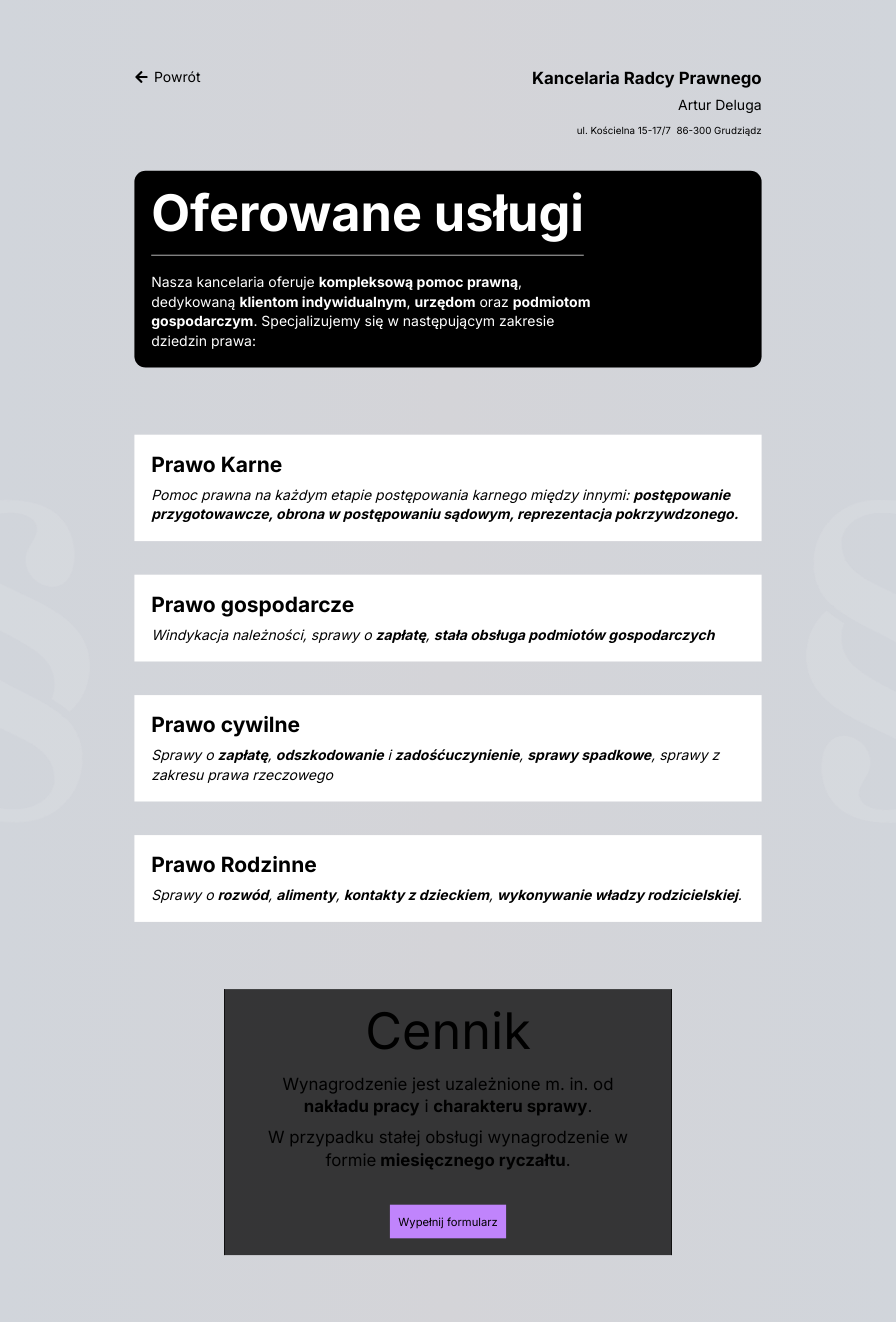
Repository: wesiudev/kancelaria-artur-deluga
Page: /oferta
The author's editor kept a copy of each file at every save. The page is drawn from the files as they stood at one save, then again after the next save.
The browser window is 1280 px wide. The pictures show the whole page, at 70% of full size.
The project was rebuilt for these pictures with package versions that can differ from the ones it lists, and the page was loaded fresh each time. The framework's server and built-in components were replaced by stand-ins that run in the browser. Also part of the build but not shown: next.config.js.

Above is the page before, as saved 2023-08-09 16:34:14.

### app/layout.tsx
import "./globals.css";
import type { Metadata } from "next";
import { Inter } from "next/font/google";

const inter = Inter({ subsets: ["latin"] });

export const metadata: Metadata = {
  title: "Kancelaria Radcy Prawnego Artur Deluga",
  description:
    "Kancelaria Radcy Prawnego Grudziądz Prawo Karne, Pracwo cywilne, Prawo gospodarcze, Prawo Rodzinne. ul. Kościelna 15-17/7 86-300 Grudziądz. Pomoc prawna na każdym etapie postępowania karnego (postępowanie przygotowawcze, obrona w postępowaniu sądowym, reprezentacja pokrzywdzonego, etc.)",
  viewport: "width=device-width, initial-scale=1",
  icons: {
    icon: "/favicon.png",
  },
};

export default function RootLayout({
  children,
}: {
  children: React.ReactNode;
}) {
  return (
    <html lang="pl" className="scroll-smooth ">
      <body className={inter.className}>{children}</body>
    </html>
  );
}

### app/oferta/page.tsx
"use client";
import Image from "next/image";
import paragraphImage from "@/app/assets/paragraph.png";
import Link from "next/link";
import { FaArrowLeft } from "react-icons/fa";
import { useState } from "react";
const sendContactForm = async (data: any) =>
  fetch("/api/mail", {
    method: "POST",
    body: JSON.stringify(data),
    headers: { "Content-Type": "application/json", Accept: "application/json" },
  }).then((res) => {
    if (!res.ok) throw new Error("Failed to send message");
    return res.json();
  });

export default function OfferMobile() {
  const [isContactOpen, setContactOpen] = useState(false);
  const [firstName, setFirstName] = useState<string>("");
  const [email, setEmail] = useState<string>("");
  const [message, setMessage] = useState<string>("");

  const onSubmit = async () => {
    try {
      await sendContactForm({
        firstName: firstName,
        email: email,
        message: message,
      });
    } catch (error) {}
  };
  return (
    <div className="w-full mx-auto z-[2000] bg-gradient-to-r from-gray-300 via-zinc-300 to-gray-300 overflow-x-hidden text-black">
      <div className="flex flex-col space-x-[100px] min-h-screen items-center py-24">
        <div className="flex flex-col w-[85vw] lg:w-[70vw] 2xl:w-[60vw] min-h-screen justify-center ">
          <Image
            src={paragraphImage}
            alt="Paragraf obrazek w tle"
            width={224}
            height={224}
            className="fixed opacity-10 -left-24 "
          />
          <Image
            src={paragraphImage}
            alt="Paragraf obrazek w tle"
            width={224}
            height={224}
            className="fixed opacity-10 -right-24 rotate-180"
          />
          <div className="flex flex-col justify-between w-full">
            <div className="flex flex-row justify-between">
              <div className="w-1/2">
                <Link
                  className="group flex flex-row items-center mb-12 text-xl w-max"
                  href="/"
                >
                  <FaArrowLeft className="mr-2" />
                  <span className="hover:underline hover:underline-offset-4">
                    {" "}
                    Powrót
                  </span>
                </Link>
              </div>
              <div>
                <h1 className="text-xl lg:text-2xl text-right sm:text-left font-bold">
                  Kancelaria Radcy Prawnego
                </h1>
                <div className="w-full flex justify-end">
                  <h2 className="text-xl mb-12 lg:mb-0 mt-2">Artur Deluga</h2>
                </div>
                <div
                  className={` flex-row space-x-2 text-sm justify-end mt-3 mb-12 hidden lg:flex`}
                >
                  <div>ul. Kościelna 15-17/7</div>
                  <div>86-300 Grudziądz</div>
                </div>
              </div>
            </div>

            <div className="p-6 rounded-2xl bg-black text-white">
              <div className="w-max">
                <h1 className="w-max text-4xl md:text-5xl lg:text-7xl  font-bold">
                  Oferowane usługi
                </h1>
                <div className="h-px w-full my-6 bg-white" />
              </div>

              <h2 className="text-left text-xl w-full lg:w-3/4 ">
                Nasza kancelaria oferuje{" "}
                <span className="font-bold"> kompleksową pomoc prawną</span>,
                dedykowaną{" "}
                <span className="font-bold">klientom indywidualnym</span>,{" "}
                <span className="font-bold">urzędom</span> oraz{" "}
                <span className="font-bold">podmiotom gospodarczym</span>.
                Specjalizujemy się w następującym zakresie dziedzin prawa:
              </h2>
            </div>
          </div>
          <div className="relative text-black flex flex-col space-y-12 mt-24">
            <div className="max-h-[50vh] border-0 hover:scale-105 duration-300 hover:bg-opacity-100 cursor-default   bg-white  flex flex-col p-6 justify-between">
              <h1 className="text-xl lg:text-3xl font-bold">Prawo Karne</h1>
              <p className="text-sm sm:text-xl mt-3 italic">
                Pomoc prawna na każdym etapie postępowania karnego między
                innymi:{" "}
                <span className="font-bold">
                  postępowanie przygotowawcze, obrona w postępowaniu sądowym,
                  reprezentacja pokrzywdzonego.
                </span>
              </p>
            </div>
            <div className="max-h-[50vh] border-0 hover:scale-105 duration-300 hover:bg-opacity-100 cursor-default   bg-white  flex flex-col justify-between p-6">
              <h1 className="text-xl lg:text-3xl font-bold">
                Prawo gospodarcze
              </h1>
              <p className="text-sm sm:text-xl mt-3 italic">
                Windykacja należności, sprawy o{" "}
                <span className="font-bold">zapłatę</span>,{" "}
                <span className="font-bold">
                  stała obsługa podmiotów gospodarczych
                </span>
              </p>
            </div>

            <div className="max-h-[50vh] border-0 hover:scale-105 duration-300 hover:bg-opacity-100 cursor-default  bg-white  flex flex-col p-6 justify-between">
              <h1 className="text-xl lg:text-3xl font-bold">Prawo cywilne</h1>
              <p className="text-sm sm:text-xl mt-3 italic">
                Sprawy o <span className="font-bold">zapłatę</span>,{" "}
                <span className="font-bold">odszkodowanie</span> i{" "}
                <span className="font-bold">zadośćuczynienie</span>,{" "}
                <span className="font-bold">sprawy spadkowe</span>, sprawy z
                zakresu prawa rzeczowego
              </p>
            </div>
            <div className="max-h-[50vh] border-0 hover:scale-105 duration-300 hover:bg-opacity-100 cursor-default   bg-white  flex flex-col p-6 justify-between">
              <h1 className="text-xl lg:text-3xl font-bold">Prawo Rodzinne</h1>
              <p className="text-sm sm:text-xl mt-3 italic">
                Sprawy o <span className="font-bold">rozwód</span>,{" "}
                <span className="font-bold">alimenty</span>,{" "}
                <span className="font-bold">kontakty z dzieckiem</span>,{" "}
                <span className="font-bold">
                  wykonywanie władzy rodzicielskiej
                </span>
                .
              </p>
            </div>
          </div>
          <div className="flex flex-col h-max my-auto px-3 lg:px-12 border-l border-r border-black  text-center relative w-[85vw] mt-12 lg:w-[50vw] lg:mx-auto lg:mt-24 lg:bg-black lg:bg-opacity-75 lg:py-6">
            <h1 className="text-5xl lg:text-7xl ">Cennik</h1>
            <p className="mt-6 text-base lg:text-2xl">
              Wynagrodzenie jest uzależnione m. in. od{" "}
              <span className="font-bold"> nakładu pracy</span> i{" "}
              <span className="font-bold">charakteru sprawy</span>.
            </p>
            <p className="mt-3 text-sm lg:text-2xl">
              W przypadku stałej obsługi wynagrodzenie w formie
              <span className="font-bold"> miesięcznego ryczałtu</span>.
            </p>
            <button
              onClick={() => setContactOpen(true)}
              className=" p-3 bg-purple-400 hover:bg-purple-300 duration-300 text-black mt-12 w-max mx-auto"
            >
              Wypełnij formularz
            </button>
          </div>
          <div
            className={` flex-row space-x-2 text-sm justify-center mt-12 flex lg:hidden z-[1000]`}
          >
            <div>ul. Kościelna 15-17/7</div>
            <div>86-300 Grudziądz</div>
          </div>
        </div>
      </div>
      <div
        className={`w-[80vw] fixed left-[50%] -translate-x-[50%] top-[50%] -translate-y-[50%] bg-gradient-to-bl from-black to-zinc-800 lg:w-max h-max px-12 rounded-3xl py-6 duration-300 ${
          isContactOpen ? "z-[2000] opacity-100" : "z-[-1000] opacity-0"
        }`}
      >
        <h1 className="text-3xl text-center">Kontakt</h1>

        <div className="flex flex-col space-y-3 mt-6 lg:mt-12">
          <div className="flex flex-col lg:flex-row lg:space-x-3">
            <div className="flex flex-col">
              Imię{" "}
              <input
                onChange={(e) => setFirstName(e.target.value)}
                value={firstName}
                id="fName"
                type="text"
                className="mt-2 text-black"
              />
            </div>
            <div className="flex flex-col mt-3 lg:mt-0">
              Email{" "}
              <input
                onChange={(e) => setEmail(e.target.value)}
                value={email}
                type="text"
                className="mt-2 text-black"
              />
            </div>
          </div>
          <div className="flex flex-col mt-2">
            Treść{" "}
            <textarea
              onChange={(e) => setMessage(e.target.value)}
              value={message}
              className="h-full resize-none text-black"
            ></textarea>
          </div>
        </div>
        <div className="w-full flex space-x-3">
          <button
            onClick={() => setContactOpen(false)}
            className="w-1/2 hover:underline py-2 mt-8"
          >
            Powrót
          </button>
          <button
            onClick={onSubmit}
            className="w-1/2 bg-purple-400 hover:bg-purple-300 duration-300 py-2 mt-8"
          >
            Wyślij
          </button>
        </div>
      </div>
    </div>
  );
}

### app/globals.css
@tailwind base;
@tailwind components;
@tailwind utilities;

:root {
  --foreground-rgb: 0, 0, 0;
  --background-start-rgb: 214, 219, 220;
  --background-end-rgb: 255, 255, 255;
}

@media (prefers-color-scheme: dark) {
  :root {
    --foreground-rgb: 255, 255, 255;
    --background-start-rgb: 0, 0, 0;
    --background-end-rgb: 0, 0, 0;
  }
}

body {
  color: rgb(var(--foreground-rgb));
  background: linear-gradient(
      to bottom,
      transparent,
      rgb(var(--background-end-rgb))
    )
    rgb(var(--background-start-rgb));
}

.expand {
  position: relative;
  text-decoration: none;
  display: inline-block;
}
.expand:after {
  display: block;
  content: "";
  border-bottom: solid 3px white;
  transform: scaleX(0);
  transition: transform 250ms ease-in-out;
  transform-origin: 100% 50%;
}
.expand:hover:after {
  transform: scaleX(1);
  transform-origin: 0 50%;
}

.caps {
  font-variant: small-caps;
}
html {
  scroll-behavior: smooth;
  color: #1a1a1a;
}

Loaded but not shown: tailwind.config.js (common file)

After the next save:
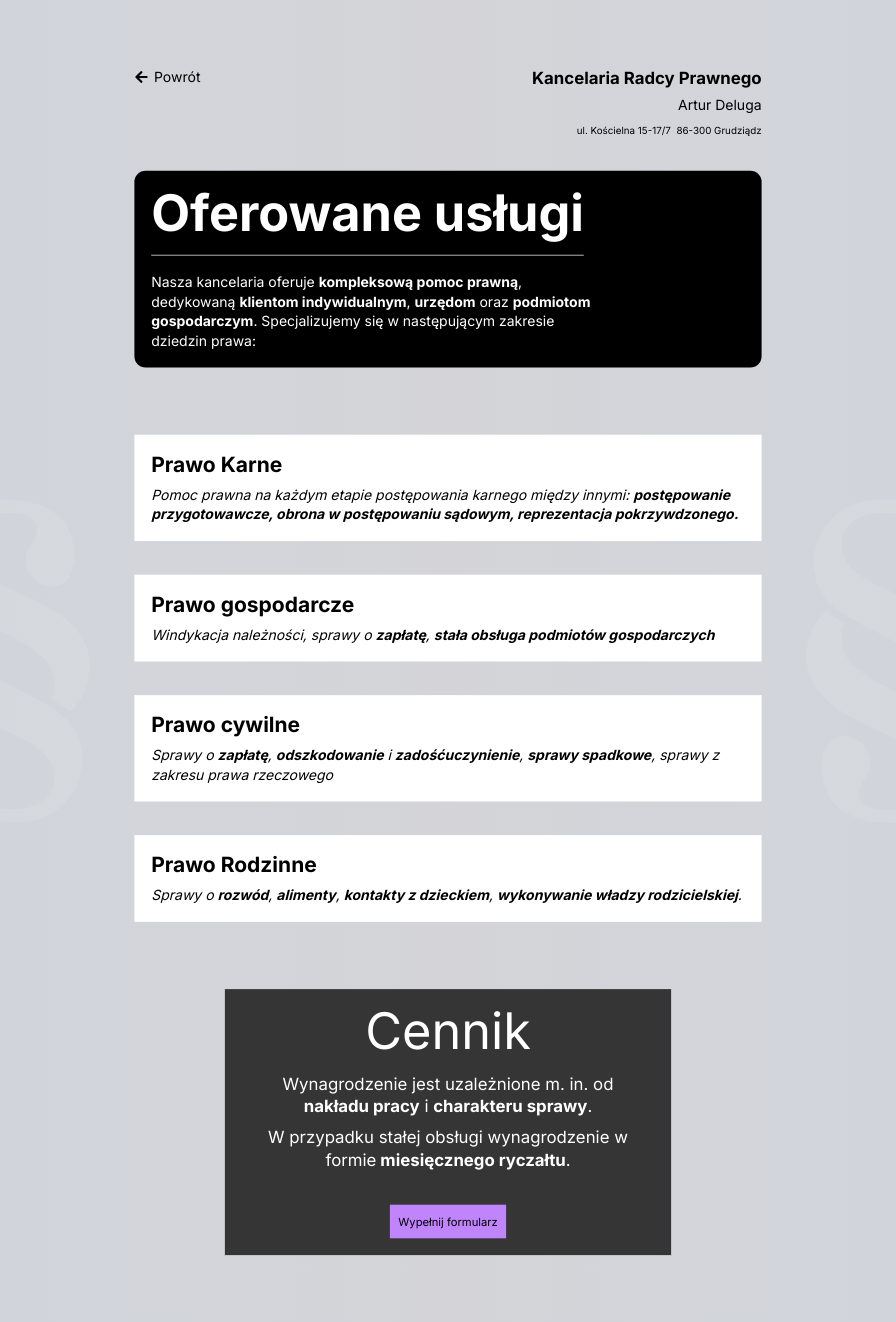
Saved 9 s later.
--- a/app/oferta/page.tsx
+++ b/app/oferta/page.tsx
@@ -144,7 +144,7 @@ export default function OfferMobile() {
               </p>
             </div>
           </div>
-          <div className="flex flex-col h-max my-auto px-3 lg:px-12 border-l border-r border-black  text-center relative w-[85vw] mt-12 lg:w-[50vw] lg:mx-auto lg:mt-24 lg:bg-black lg:bg-opacity-75 lg:py-6">
+          <div className="text-white flex flex-col h-max my-auto px-3 lg:px-12 border-l border-r border-white  text-center relative w-[85vw] mt-12 lg:w-[50vw] lg:mx-auto lg:mt-24 lg:bg-black lg:bg-opacity-75 lg:py-6">
             <h1 className="text-5xl lg:text-7xl ">Cennik</h1>
             <p className="mt-6 text-base lg:text-2xl">
               Wynagrodzenie jest uzależnione m. in. od{" "}
